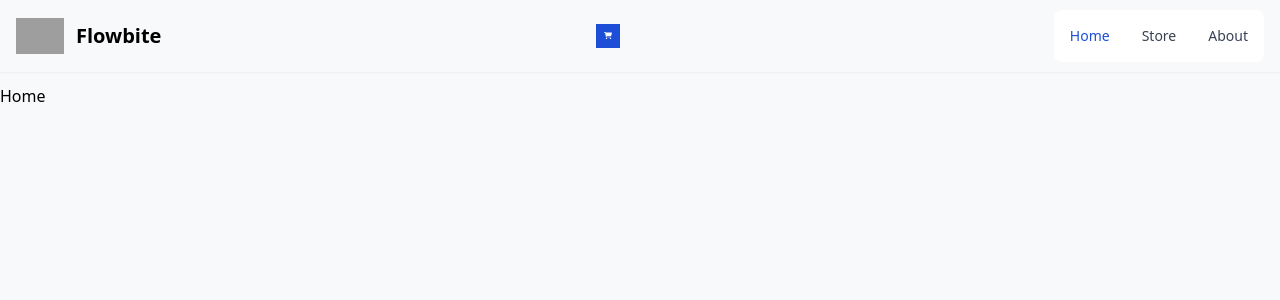
Repository: ducanhaep/react-ts-shopping-cart
Page: /
The author's editor kept a copy of each file at every save. The page is drawn from the files as they stood at one save, then again after the next save.
The browser window is 1280 px wide. The pictures show the whole page.
Pictures or frames that could not be fetched are drawn as grey boxes. The project was rebuilt for these pictures with package versions that can differ from the ones it lists, and the page was loaded fresh each time. Also part of the build but not shown: vite.config.ts, src/pages/About.js, src/pages/Store.js.

Above is the page before, as saved 2023-01-11 18:12:48.

### src/App.tsx
import { Routes, Route } from "react-router-dom";
import { About } from "./pages/About";
import { Home } from "./pages/Home";
import { Store } from "./pages/Store";
import { Navbar } from "./components/Navbar";
function App() {
  return (
    <>
      <Navbar />
      <div className="container mb-4">
        <Routes>
          <Route path="/" element={<Home />} />
          <Route path="/store" element={<Store />} />
          <Route path="/about" element={<About />} />
        </Routes>
      </div>
    </>
  );
}

export default App;

### src/index.css
@tailwind base;
@tailwind components;
@tailwind utilities;
:root {
  font-synthesis: none;
  text-rendering: optimizeLegibility;
  -webkit-font-smoothing: antialiased;
  -moz-osx-font-smoothing: grayscale;
  -webkit-text-size-adjust: 100%;
}

/* Box sizing rules */
*,
*::before,
*::after {
  box-sizing: border-box;
}

/* Remove default margin */
body,
h1,
h2,
h3,
h4,
p,
figure,
blockquote,
dl,
dd {
  margin: 0;
}

/* Remove list styles on ul, ol elements with a list role, which suggests default styling will be removed */
ul[role="list"],
ol[role="list"] {
  list-style: none;
}

/* Set core root defaults */
html:focus-within {
  scroll-behavior: smooth;
}

/* Set core body defaults */
body {
  min-height: 100vh;
  text-rendering: optimizeSpeed;
  line-height: 1.5;
  background-color: #f8f9fa;
}

input,
button,
textarea,
select {
  font: inherit;
}

### src/components/Navbar.tsx
import { Link, NavLink } from "react-router-dom";

export function Navbar() {
  return (
    <div className="shadow-sm mb-3">
      <nav className="containerbg-white border-gray-200 px-2 sm:px-4 py-2.5 rounded dark:bg-gray-900">
        <div className="container flex flex-wrap items-center justify-between mx-auto">
          <a href="#" className="flex items-center">
            <img
              src="https://flowbite.com/docs/images/logo.svg"
              className="h-6 mr-3 sm:h-9"
              alt="Flowbite Logo"
            />
            <span className="self-center text-xl font-semibold whitespace-nowrap dark:text-white">
              Flowbite
            </span>
          </a>
          <button
            data-collapse-toggle="navbar-default"
            type="button"
            // className="inline-flex items-center p-2 ml-3 text-sm text-gray-500 rounded-lg md:hidden hover:bg-gray-100 focus:outline-none focus:ring-2 focus:ring-gray-200 dark:text-gray-400 dark:hover:bg-gray-700 dark:focus:ring-gray-600"
            aria-controls="navbar-default"
            aria-expanded="false"
            className="w-6 h-6 text-white bg-blue-700 p-2"
          >
            <span className="sr-only">Open main menu</span>
            {/* <svg
              className="w-6 h-6"
              aria-hidden="true"
              fill="currentColor"
              viewBox="0 0 20 20"
              xmlns="http://www.w3.org/2000/svg"
            >
              <path
                fillRule="evenodd"
                d="M3 5a1 1 0 011-1h12a1 1 0 110 2H4a1 1 0 01-1-1zM3 10a1 1 0 011-1h12a1 1 0 110 2H4a1 1 0 01-1-1zM3 15a1 1 0 011-1h12a1 1 0 110 2H4a1 1 0 01-1-1z"
                clipRule="evenodd"
              />
            </svg> */}
            <svg
              xmlns="http://www.w3.org/2000/svg"
              viewBox="0 0 576 512"
              fill="currentColor"
            >
              <path d="M96 0C107.5 0 117.4 8.19 119.6 19.51L121.1 32H541.8C562.1 32 578.3 52.25 572.6 72.66L518.6 264.7C514.7 278.5 502.1 288 487.8 288H170.7L179.9 336H488C501.3 336 512 346.7 512 360C512 373.3 501.3 384 488 384H159.1C148.5 384 138.6 375.8 136.4 364.5L76.14 48H24C10.75 48 0 37.25 0 24C0 10.75 10.75 0 24 0H96zM128 464C128 437.5 149.5 416 176 416C202.5 416 224 437.5 224 464C224 490.5 202.5 512 176 512C149.5 512 128 490.5 128 464zM512 464C512 490.5 490.5 512 464 512C437.5 512 416 490.5 416 464C416 437.5 437.5 416 464 416C490.5 416 512 437.5 512 464z" />
            </svg>
          </button>
          <div className="hidden w-full md:block md:w-auto" id="navbar-default">
            <ul className="flex flex-col p-4 mt-4 border border-gray-100 rounded-lg bg-gray-50 md:flex-row md:space-x-8 md:mt-0 md:text-sm md:font-medium md:border-0 md:bg-white dark:bg-gray-800 md:dark:bg-gray-900 dark:border-gray-700">
              <li>
                <NavLink
                  to="/"
                  className={({ isActive }) =>
                    isActive
                      ? "text-white bg-blue-700 rounded md:bg-transparent md:text-blue-700 md:p-0 dark:text-white"
                      : "block py-2 pl-3 pr-4 text-gray-700 rounded hover:bg-gray-100 md:hover:bg-transparent md:border-0 md:hover:text-blue-700 md:p-0 dark:text-gray-400 md:dark:hover:text-white dark:hover:bg-gray-700 dark:hover:text-white md:dark:hover:bg-transparent"
                  }
                  aria-current="page"
                >
                  Home
                </NavLink>
              </li>
              <li>
                <NavLink
                  to="store"
                  className={({ isActive }) =>
                    isActive
                      ? "text-white bg-blue-700 rounded md:bg-transparent md:text-blue-700 md:p-0 dark:text-white"
                      : "block py-2 pl-3 pr-4 text-gray-700 rounded hover:bg-gray-100 md:hover:bg-transparent md:border-0 md:hover:text-blue-700 md:p-0 dark:text-gray-400 md:dark:hover:text-white dark:hover:bg-gray-700 dark:hover:text-white md:dark:hover:bg-transparent"
                  }
                >
                  Store
                </NavLink>
              </li>
              <li>
                <NavLink
                  to="about"
                  className={({ isActive }) =>
                    isActive
                      ? "text-white bg-blue-700 rounded md:bg-transparent md:text-blue-700 md:p-0 dark:text-white"
                      : "block py-2 pl-3 pr-4 text-gray-700 rounded hover:bg-gray-100 md:hover:bg-transparent md:border-0 md:hover:text-blue-700 md:p-0 dark:text-gray-400 md:dark:hover:text-white dark:hover:bg-gray-700 dark:hover:text-white md:dark:hover:bg-transparent"
                  }
                >
                  About
                </NavLink>
              </li>
            </ul>
          </div>
        </div>
      </nav>
    </div>
  );
}

### tailwind.config.cjs
/** @type {import('tailwindcss').Config} */
module.exports = {
  content: ["./index.html", "./src/**/*.{js,ts,jsx,tsx}"],
  theme: {
    container: {
      center: true,
    },
    extend: {},
  },
  plugins: [],
};

Loaded but not shown: index.html (common file); src/main.tsx (common file); src/pages/Home.js (common file)

After the next save:
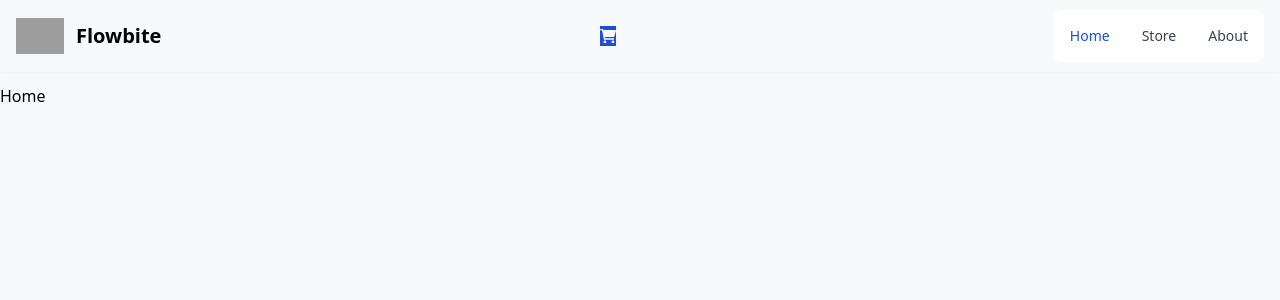
Saved 30 s later.
--- a/src/components/Navbar.tsx
+++ b/src/components/Navbar.tsx
@@ -21,7 +21,7 @@ export function Navbar() {
             // className="inline-flex items-center p-2 ml-3 text-sm text-gray-500 rounded-lg md:hidden hover:bg-gray-100 focus:outline-none focus:ring-2 focus:ring-gray-200 dark:text-gray-400 dark:hover:bg-gray-700 dark:focus:ring-gray-600"
             aria-controls="navbar-default"
             aria-expanded="false"
-            className="w-6 h-6 text-white bg-blue-700 p-2"
+            className="w-4 h-5 text-white bg-blue-700 text-lg"
           >
             <span className="sr-only">Open main menu</span>
             {/* <svg
